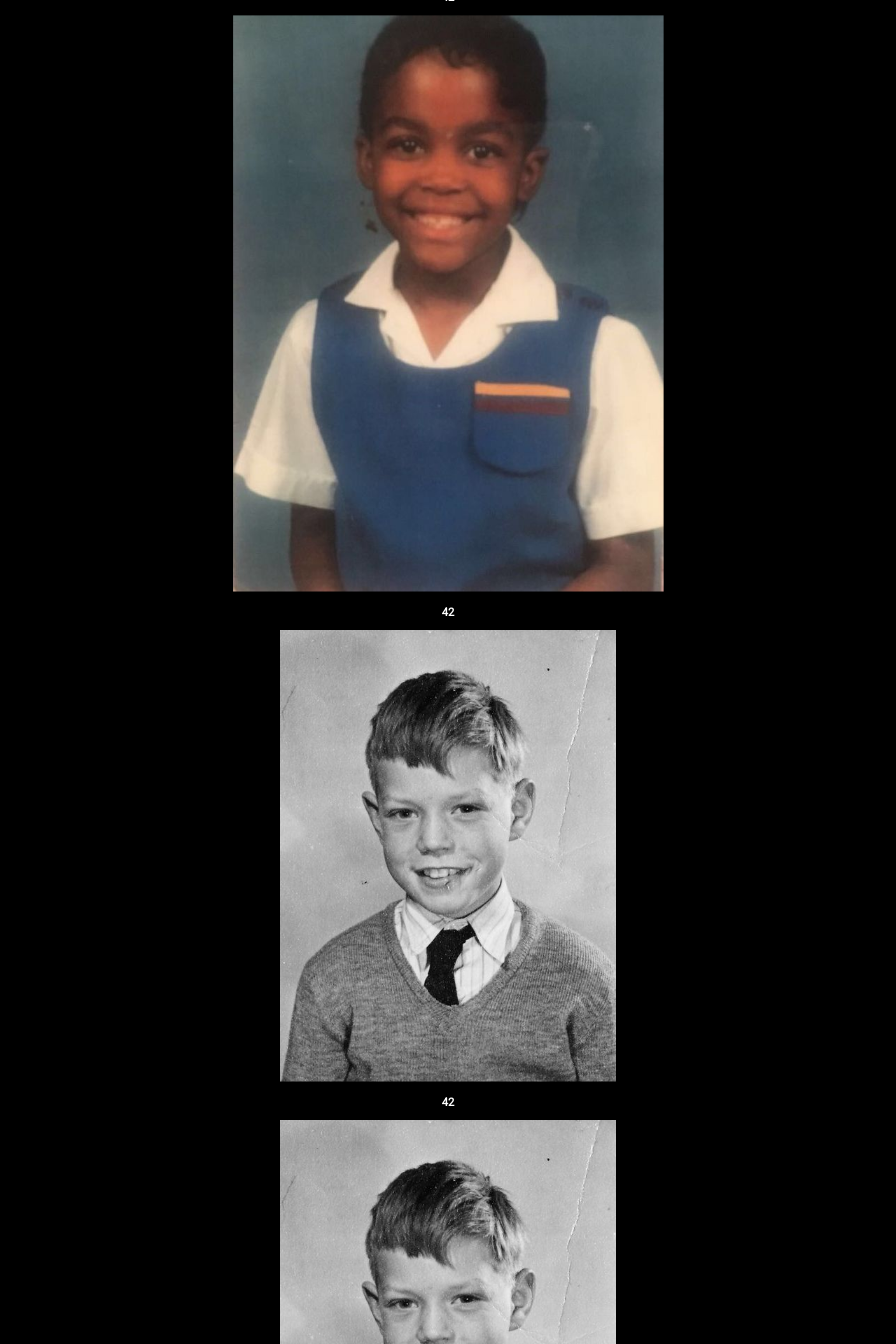
Repository: Domehead123/quiz
Page: index.html
The author's editor kept a record of every edit. The page is drawn from the files as they stood at one moment, then again after the next edit.
The browser window is 1280 px wide. The pictures show the part of the page from y = 4580 to 6500 px (the page is 9030 px tall before and 9713 px after), at 70% of full size.

Above is the page before.

### index.html
<!DOCTYPE html>
<html lang="en">
<head>
    <meta charset="UTF-8">
    <meta name="viewport" content="width=device-width, initial-scale=1.0">
    <meta http-equiv="X-UA-Compatible" content="ie=edge">
    <link href="https://fonts.googleapis.com/css2?family=Righteous&family=Roboto&display=swap" rel="stylesheet">
    <link rel="stylesheet" href="style.css" type="text/css" />
    <title>Quiz</title>
</head>
<body>

<div class="container">
    <h1>Quiz</h1>
    <p>Fifty questions. You can google the answers if you want, but you may have to do a bit more detective work.</p>
    <p>The answers will appear here at 7pm on Sunday 10 May.</p>
    </div>

    <div class="section one">
        <div class="container">
        <h2>Number Abbreviations</h2>


        <p>e.g 7 D in a W = 7 Days in a Week</p>
        <ol>
        <li>12 S of the Z</li>
<li>1000 Y in a M</li>
<li>13 in a B D</li>
<li>S W of H the E</li>
<li>86,400 S in a D</li>
<li>21 D on a 6-S D</li>
<li>An O has 3 H and up to 9 B</li>
<li>H normally have 23 P of C</li>
<li>12 A have W on the M</li>
<li>42 was the A to L, the U and E</li>
</ol>
        </div>
    </div>

        <div class="section two">
        <div class="container">
        <h2>Anagrams</h2>



        <ol start="11">
        <li>Prod Tonally (Singer)</li>
<li>Ablutions (Sportsman)</li>
<li>Bionic Drama (Politician)</li>
<li>A Nude Rove (TV programme)</li>
<li>Smearing Pro (TV Presenter)</li>
<li>Easily Corona (Film)</li>
<li>Gushing Therewith Book)</li>
<li>Actions Anew (Scientist)</li>

</ol>
        </div>
    </div>


        <div class="section three">
        <div class="container">
              <h2>Sequences</h2>
   <p>What comes next?</p>
        <ol start="21">
        <li>M, V, E, M, J, S, U, ____</li>
 <li>William, Patrick, Jon, Tom, Peter, Colin, ____</li>
 <li>2, 5, 10, 17, 26, 37, ____</li>
 <li>Sergeant, Nurse, Teacher, Constable, ____</li>
 <li>Wood, Tin, Crystal, Porcelain, ____</li>
 <li>Ghana, Togo, Burkina Faso, Mali, Algeria, Spain, France, ____</li>
 <li>3, 3, 5, 4, 4, 3, 5, 5, 4, ____</li>
 <li>1, 18, 4, 13, 6, ____</li>
 <li>FF0000, FFA500, FFFF00, 008000, 0000FF, 4B0082, ____</li>
 <li>1948, 1982, 2013, 2015, 2018, 1984, 2019, ____</li>

</ol>
        </div>
    </div>


        <div class="section four">
        <div class="container">
        <h2>Connections</h2>


        <p>What connects these things? (You really need to think laterally for this)</p>
        <ol start="4">
        <li>Irving Berlin, Bob Hope, Hal Roach, Princess Alice – Duchess of Gloucester</li>
<li>Shakespeare, Blakes 7, Anthony Eden, cosmetics</li>
<li>Brackley, Exeter, Newcastle</li>
<li>The Beatles, chess, New Zealand, Commodore</li>
<li>The Beatles, Sinbad and the Eye of the Tiger, moustache, Lewis Caroll</li>
<li>Argentine, pager, wiki, onager</li>
<li>Laurel and Hardy, Big Brother, Dracula, the Hound of the Baskervilles, Cybernauts, Daleks, Death Star</li>
<li>A berkshire boar, a 1960s TV spy, cognac, a card game</li>
<li>Holly Golightly, FDR, Jim Carrey, Grace Adler</li>
<li>Bombing of Hiroshima, a Serbian-American inventor, Louise Brooks, La Pucelle d'Orléans</li>
</ol>
        </div>
    </div>

        <div class="section five">
        <div class="container">
        <h2>Pictures</h2>


        <p>Who are they?</p>

<div class="image">
    <img src="images/1.jpg">
    <p>41</p>
</div>
<div class="image">
    <img src="images/2.jpg">
    <p>42</p>
</div>
<div class="image">
    <img src="images/3.jpg">
    <p>42</p>
</div>
<div class="image">
    <img src="images/4.jpg">
    <p>42</p>
</div>
<div class="image">
    <img src="images/2.jpg">
    <p>42</p>
</div>
<div class="image">
    <img src="images/2.jpg">
    <p>42</p>
</div>
<div class="image">
    <img src="images/2.jpg">
    <p>42</p>
</div>
<div class="image">
    <img src="images/2.jpg">
    <p>42</p>
</div>
<div class="image">
    <img src="images/2.jpg">
    <p>42</p>
</div>
        </div>
    </div>


</body>
</html>

### style.css
body {
font-family: 'Roboto', sans-serif;
background: #000;
color: #fff;
margin: 0;
text-align: center;
}

.container {
    width: 80%;
    margin: 0 auto;
}

p {
    font-weight: bold;
}

h1 {
font-family: 'Righteous', cursive;
font-size: 5em;
}

h2 {
font-family: 'Righteous', cursive;
font-size: 2em;
}


.section {
    padding: 30px 0 50px 0;
}

.one {
    background: #333;
    margin-top: 70px;
}

.two {
    background: #666;
}

.one {
    background: #333;
    margin-top: 70px;
}

.one {
    background: #333;
    margin-top: 70px;
}

.one {
    background: #333;
    margin-top: 70px;
}


ol {
    width: 60%;
    text-align: left;
    margin: 0 auto;
}

li  {
margin: 10px 0 ;
}
}

After the next edit:
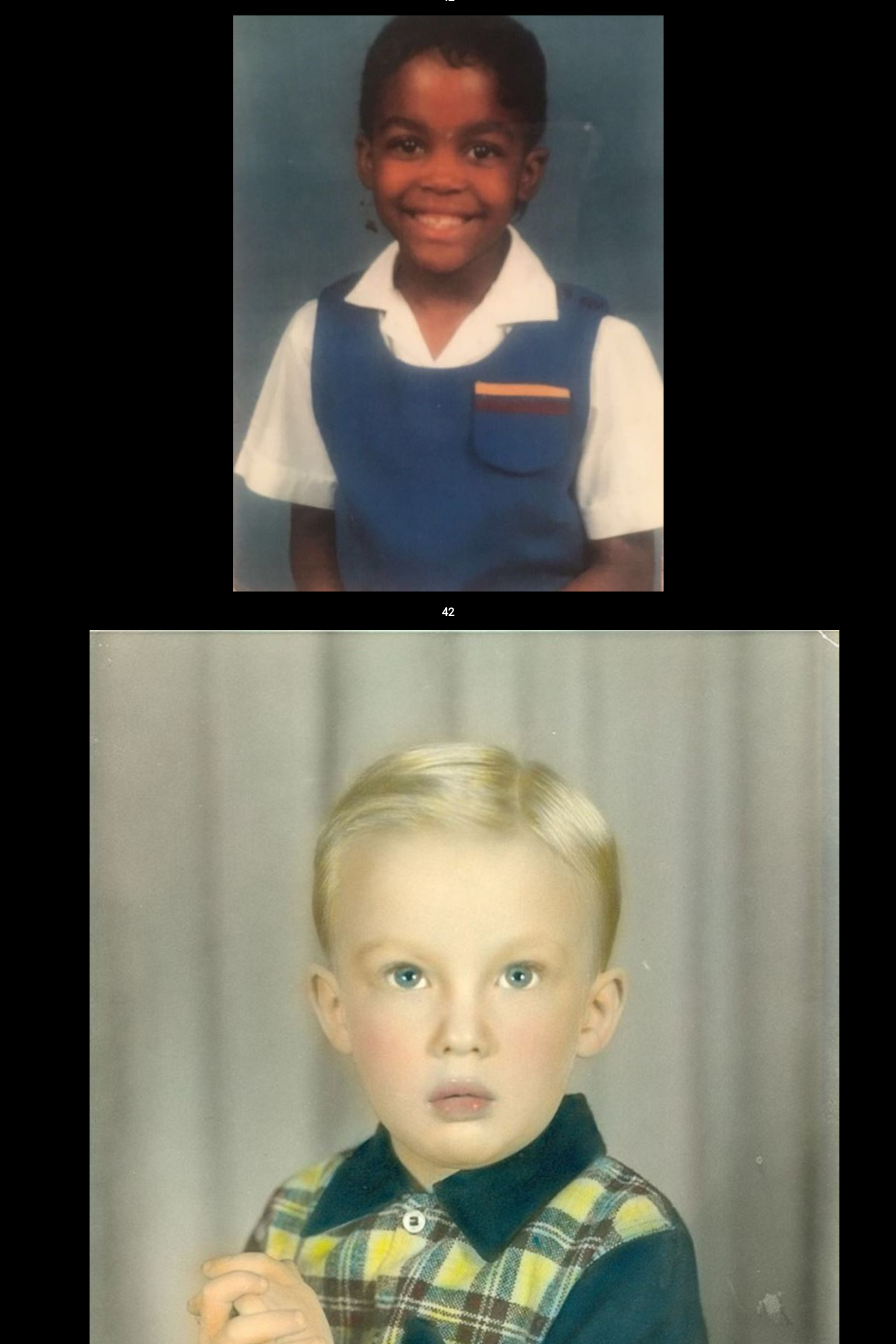
The edit:
--- a/index.html
+++ b/index.html
@@ -124,7 +124,7 @@
     <p>42</p>
 </div>
 <div class="image">
-    <img src="images/2.jpg">
+    <img src="images/5.jpg">
     <p>42</p>
 </div>
 <div class="image">
